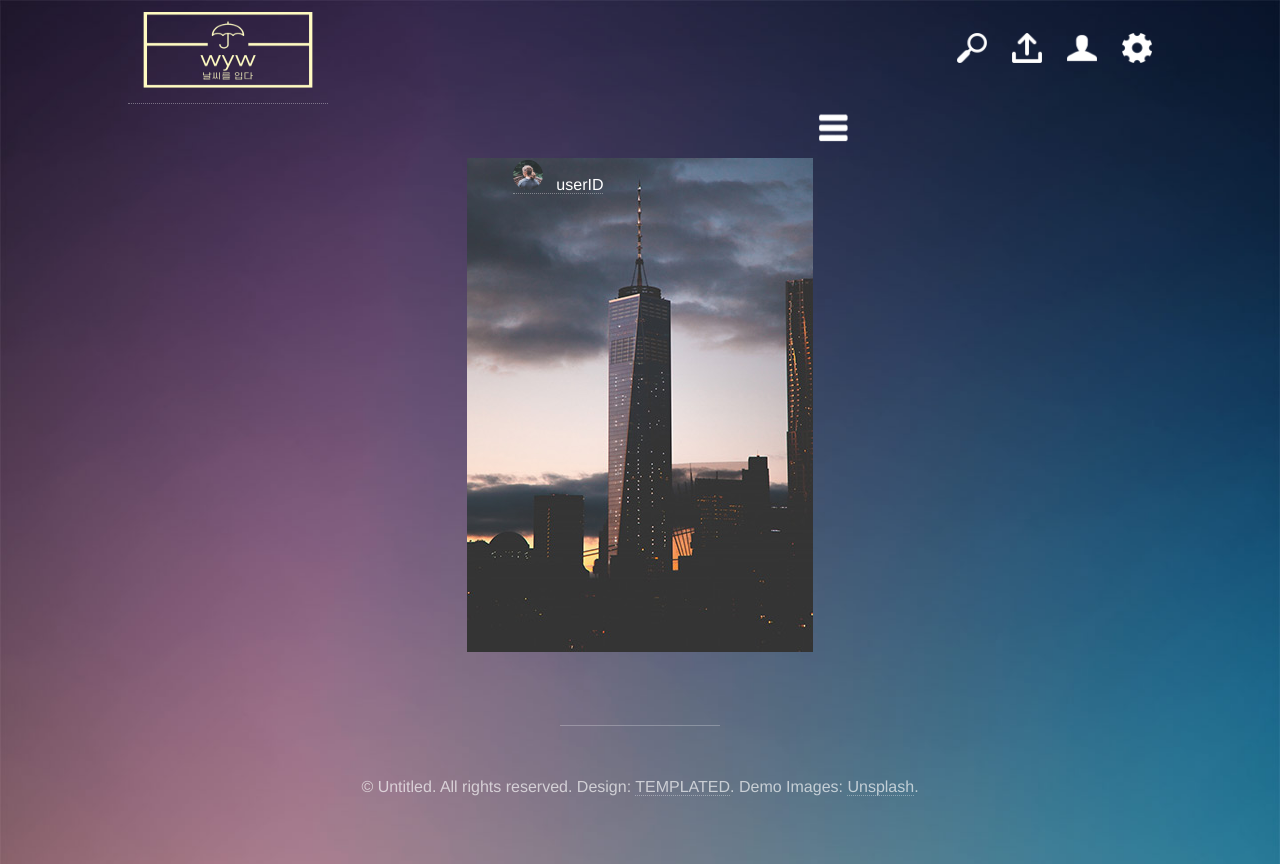
Repository: semo41105/WYW-Project
Page: http://localhost/WYW/StoryPage.jsp
An editor plug-in stored every save of this project. The page is shown before and after the next save, followed by the edit.
The browser window is 1280 px wide. The pictures show the whole page.
Some web fonts or font styles are not loaded; a fallback is used. The page is served by Tomcat 9. Nobody is signed in. The application's start-up code is not run.

Above is the page before, as saved 2021-03-08 14:44:11.

After the next save:
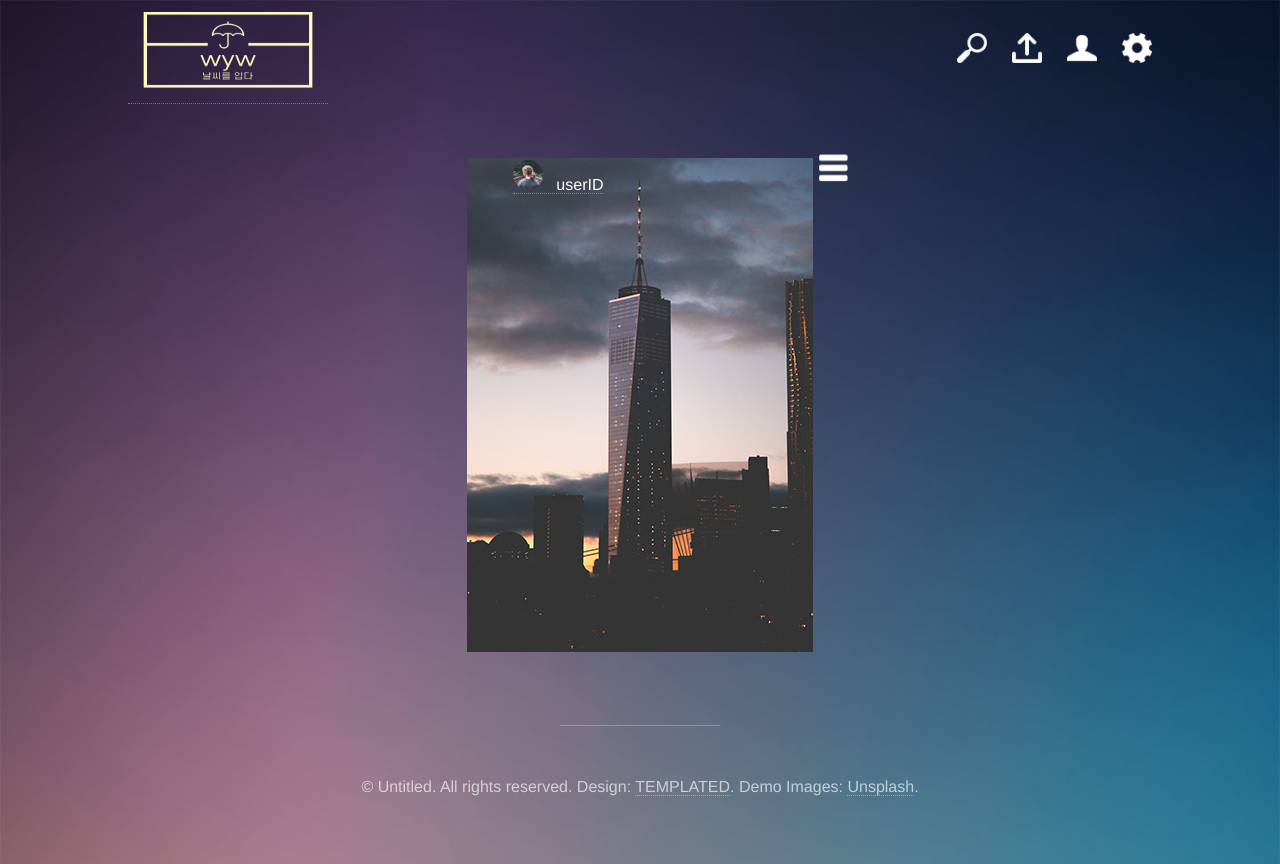
Saved 20 s later.
--- a/WYW/WebContent/StoryPage.jsp
+++ b/WYW/WebContent/StoryPage.jsp
@@ -99,7 +99,7 @@
 								    	<strong>&nbsp;&nbsp;userID</strong>
 							    	</a>
 								</div>
-								<div style="position: relative;top: 75px; left: 690px;">
+								<div style="position: relative;top: 115px; left: 690px;">
 									<img id="hidemenu" alt="menu" src="images/icon/menu.png" width="30px">
 									<img id="viewmenu" alt="menu" src="images/icon/overmenu.png" width="30px">
 								</div>
